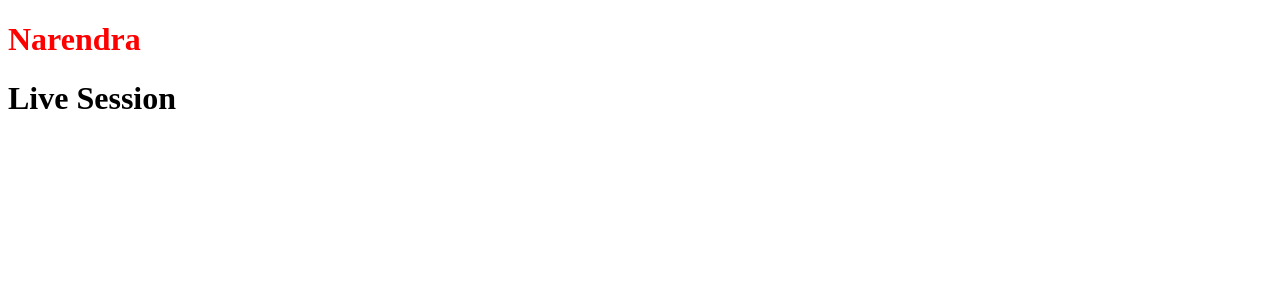
Repository: narendraiitm/may-2023-live-sessions
Page: index.html
An editor plug-in stored every save of this project. The page is shown before and after the next save, followed by the edit.
The browser window is 1280 px wide. The pictures show the whole page.

Above is the page before, as saved 2023-06-27 20:43:13.

After the next save:
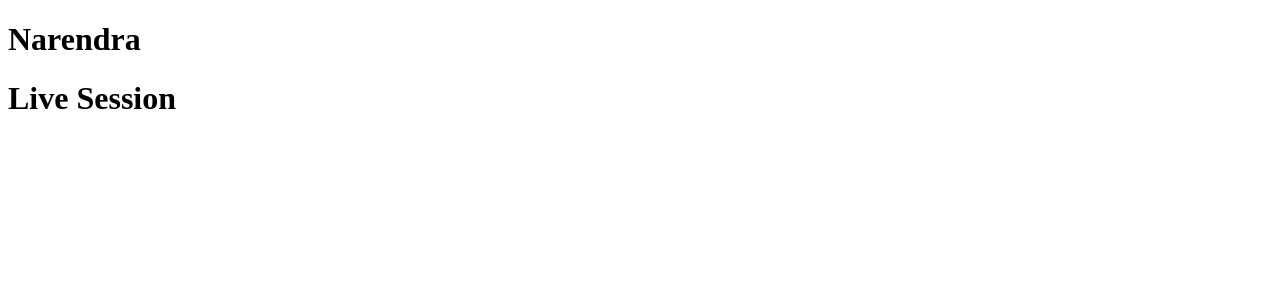
Saved 19 s later.
--- a/app.js
+++ b/app.js
@@ -3,7 +3,7 @@
   el: '#app',
   template: `
   <div>
-    <h1 v-if = "present" class='danger'>
+    <h1 v-if = "present" class={{className}}>
         {{blog.author}}
     </h1>
     <h3 v-else> Author not found </h3>

After the save that followed:
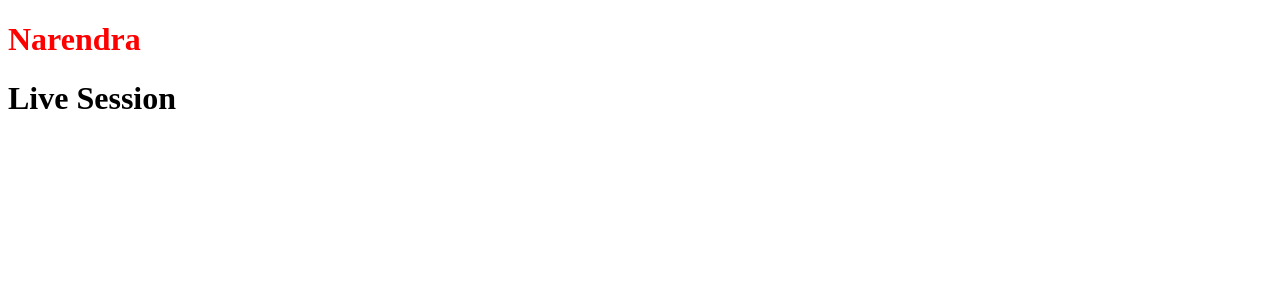
Saved 35 s later.
--- a/app.js
+++ b/app.js
@@ -3,7 +3,7 @@
   el: '#app',
   template: `
   <div>
-    <h1 v-if = "present" class={{className}}>
+    <h1 v-if = "present" v-bind:class='className'>
         {{blog.author}}
     </h1>
     <h3 v-else> Author not found </h3>
